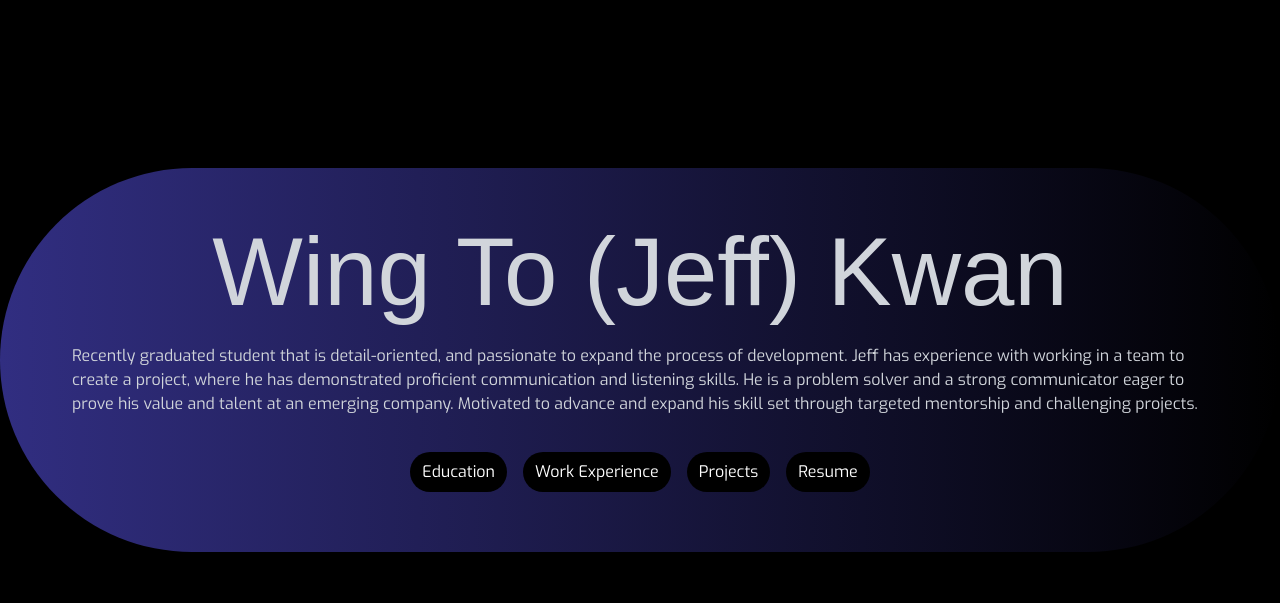
Repository: Jeffkw213/profile_website
Page: /
These files come from the project's save history. The page is drawn as it stood at one moment and after the next save; the edit follows.
The browser window is 1280 px wide. The pictures show the whole page.
Some web fonts or font styles are not loaded; a fallback is used. The project was rebuilt for these pictures with package versions that can differ from the ones it lists, and the page was loaded fresh each time. Also part of the build but not shown: vite.config.js, src/components/Education.jsx, src/components/Nav.jsx, src/data/projects.js, src/components/Projects.jsx, src/components/Work.jsx.

Above is the page before, as saved 2022-09-25 18:21:35.

After the next save:
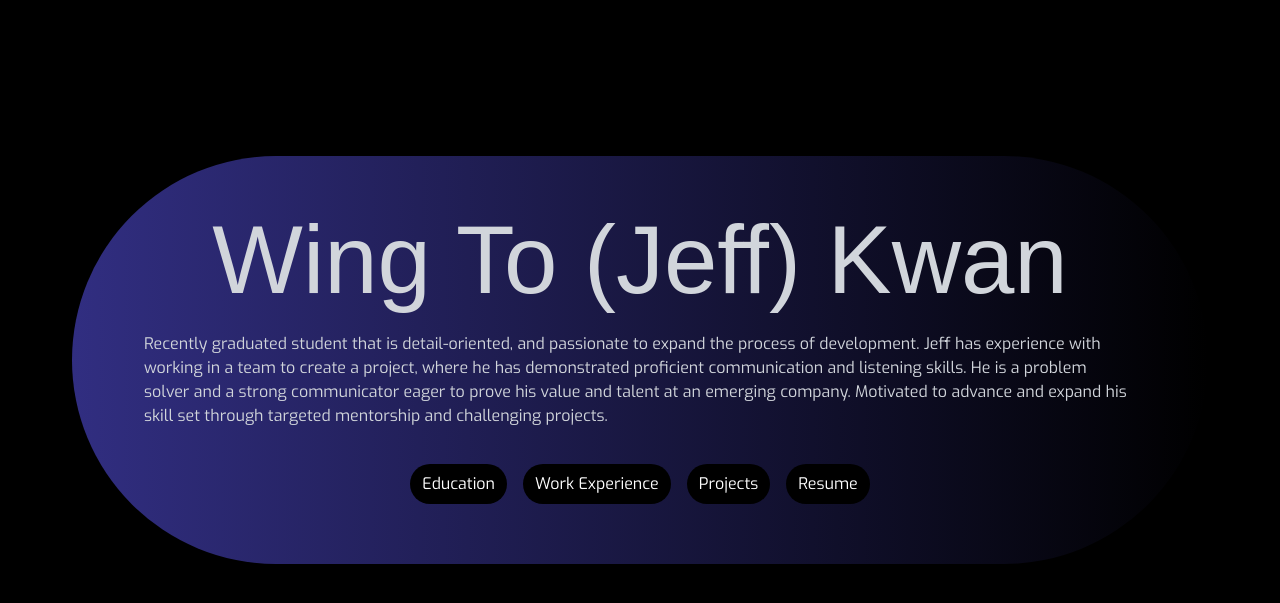
Saved 21 s later.
--- a/src/components/Title.jsx
+++ b/src/components/Title.jsx
@@ -37,7 +37,7 @@ export default function Title({ Name, Description }) {
     <div className="min-w-[50%] min-h-screen max-h-screen bg-black flex items-center justify-center">
       <div className="relative resize-none bg-gradient-to-r from-indigo-900 rounded-full py-10 text-gray-300 opacity-100">
         <h1 className="font-Nexa text-8xl text-center pt-4 pb-2 ">{Name}</h1>
-        <p className="p-4 mx-14 max-w-1100px]">{Description}</p>
+        <p className="p-4 mx-14 max-w-screen-lg">{Description}</p>
         <ButtonNavi />
       </div>
     </div>
